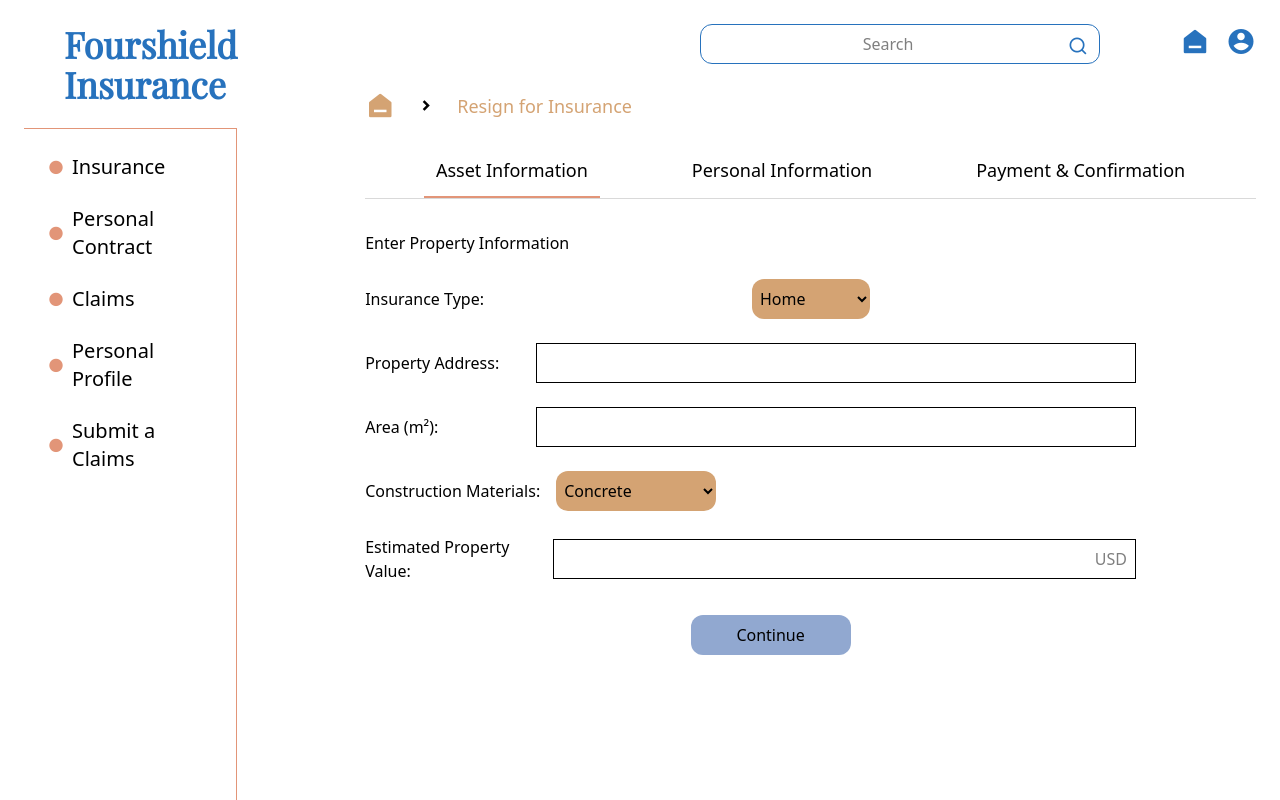
Repository: MockProject9920/MockProject_022025_Nhom4
Page: / (app in frontend/)
These files come from the project's save history. The page is drawn as it stood at one moment and after the next save; the edit follows.
The browser window is 1280 px wide. The pictures show the whole page.
The project was rebuilt for these pictures with package versions that can differ from the ones it lists, and the page was loaded fresh each time. Also part of the build but not shown: frontend/vite.config.js, frontend/src/pages/Login.jsx.

Above is the page before, as saved 2025-03-05 17:21:17.

### frontend/index.html
<!DOCTYPE html>

<html lang="en">
  <head>
    <meta charset="UTF-8" />
    <link rel="icon" type="image/svg+xml" href="/vite.svg" />
    <meta name="viewport" content="width=device-width, initial-scale=1.0" />
    <title>Vite + React</title>
  </head>
  <body>
    <div id="root"></div>
    <script type="module" src="/src/main.jsx"></script>
  </body>
</html>

### frontend/src/index.css
@import "tailwindcss";
@import "remixicon/fonts/remixicon.css";
/*  font-family: system-ui, Avenir, Helvetica, Arial, sans-serif;
  line-height: 1.5;
  font-weight: 400;

  color-scheme: light dark;
  color: rgba(255, 255, 255, 0.87);
  background-color: #242424;

  font-synthesis: none;
  text-rendering: optimizeLegibility;
  -webkit-font-smoothing: antialiased;
  -moz-osx-font-smoothing: grayscale;
}

a {
  font-weight: 500;
  color: #646cff;
  text-decoration: inherit;
}
a:hover {
  color: #535bf2;
}

body {
  margin: 0;
  display: flex;
  place-items: center;
  min-width: 320px;
  min-height: 100vh;
}

h1 {
  font-size: 3.2em;
  line-height: 1.1;
}

button {
  border-radius: 8px;
  border: 1px solid transparent;
  padding: 0.6em 1.2em;
  font-size: 1em;
  font-weight: 500;
  font-family: inherit;
  background-color: #1a1a1a;
  cursor: pointer;
  transition: border-color 0.25s;
}
button:hover {
  border-color: #646cff;
}
button:focus,
button:focus-visible {
  outline: 4px auto -webkit-focus-ring-color;
}

@media (prefers-color-scheme: light) {
  :root {
    color: #213547;
    background-color: #ffffff;
  }
  a:hover {
    color: #747bff;
  }
  button {
    background-color: #f9f9f9;
  }
} */

### frontend/src/App.jsx
import AssetInformation from "./pages/AssetInformation";
import Login from "./pages/Login";

function App() {
  return (
    <>
      <AssetInformation />
    </>
  );
}

export default App;

### frontend/src/pages/AssetInformation.jsx
import React, { useState } from "react";
import "@fontsource/playfair-display";

function AssetInformation() {
  const [isSidebarOpen, setIsSidebarOpen] = useState(false);

  return (
    <div className="flex flex-col md:flex-row h-screen w-screen">
      <button
        className="md:hidden p-4 text-2xl text-[#2772BD]"
        onClick={() => setIsSidebarOpen(!isSidebarOpen)}
      >
        <i className="ri-menu-line"></i>
      </button>

      <div
        className={`fixed md:static top-0 left-0 h-full w-[280px] bg-white  p-6 transition-transform duration-300
        ${
          isSidebarOpen ? "translate-x-0" : "-translate-x-full md:translate-x-0"
        }`}
      >
        <button
          className="md:hidden text-2xl text-[#E29578] mb-4"
          onClick={() => setIsSidebarOpen(false)}
        >
          <i className="ri-close-line"></i>
        </button>
        <p
          className="text-4xl text-[#2772BD] font-bold pl-10 mb-6"
          style={{ fontFamily: "Playfair Display" }}
        >
          Fourshield Insurance
        </p>
        <div className="space-y-6 h-full p-6 border-t border-r border-[#E29578]">
          {[
            "Insurance",
            "Personal Contract",
            "Claims",
            "Personal Profile",
            "Submit a Claims",
          ].map((item, index) => (
            <div key={index} className="flex space-x-2 items-center">
              <i className="ri-circle-fill text-[#E29578]"></i>
              <p className="text-xl">{item}</p>
            </div>
          ))}
        </div>
      </div>

      {/* Nội dung chính */}
      <div className="w-full p-6 ">
        <div className="flex justify-end space-x-20">
          <div className="relative ">
            <input
              placeholder="Search"
              className="w-40 md:w-100 h-10 border border-[#2772BD] text-center py-2 pr-10 pl-4 rounded-xl"
            />
            <i className="ri-search-line absolute right-3 top-[8px] text-[#2772BD] text-xl"></i>
          </div>
          <div className="flex space-x-4 text-[#2772BD] text-2xl">
            <i className="ri-home-6-fill text-3xl"></i>
            <i className="ri-account-circle-fill text-3xl"></i>
          </div>
        </div>

        <div className="flex space-x-4 items-center mt-6 ml-20">
          <i className="ri-home-6-fill text-3xl text-[#D4A373]"></i>
          <i className="ri-arrow-drop-right-line text-3xl"></i>
          <p className="text-lg text-[#D4A373]">Resign for Insurance</p>
        </div>

        <div className="flex space-x-20 ml-20 mt-5 justify-center border-b-1 border-b-[#D9D9D9]">
          <p className="text-lg p-3 border-b-2 border-b-[#E29578] z-10">
            Asset Information
          </p>
          <p className="text-lg p-3 ">Personal Information</p>
          <p className="text-lg p-3 ">Payment & Confirmation</p>
        </div>

        <div className="mt-8 space-y-6 ml-20">
          <p className="font-medium">Enter Property Information</p>
          <div className="flex flex-col md:flex-row md:items-center md:space-x-4">
            <p className="font-medium">Insurance Type:</p>
            <select className="h-10 p-1 ml-63 rounded-xl bg-[#D4A373] w-full md:w-auto">
              {["Home", "Apartment", "Commercial"].map((type) => (
                <option className="bg-white" key={type} value={type}>
                  {type}
                </option>
              ))}
            </select>
          </div>
          <div className="flex flex-col md:flex-row md:items-center md:justify-between ">
            <p className="font-medium">Property Address:</p>
            <input className="border p-2 w-full mr-30 md:w-150 h-10" />
          </div>
          <div className="flex flex-col md:flex-row md:items-center md:justify-between">
            <p className="font-medium">Area (m²):</p>
            <input className="border p-2 mr-30 w-full md:w-150 h-10" />
          </div>
          <div className="flex flex-col md:flex-row md:items-center md:space-x-4">
            <p className="font-medium">Construction Materials:</p>
            <select className="h-10 p-1 ml:50  md:ml-0 rounded-xl bg-[#D4A373] w-full md:w-40 ">
              {["Concrete", "Brick", "Wood", "Other"].map((material) => (
                <option className="bg-white" key={material} value={material}>
                  {material}
                </option>
              ))}
            </select>
          </div>
          <div className="flex flex-col md:flex-row md:items-center md:justify-between">
            <p className="font-medium">Estimated Property Value:</p>
            <input
              placeholder="USD"
              className="border p-2 mr-30 text-right w-full md:w-150 h-10"
            />
          </div>
        </div>

        <div className="text-center mt-8">
          <button className="bg-[#91A8D0] p-2 w-40 rounded-xl">Continue</button>
        </div>
      </div>
    </div>
  );
}

export default AssetInformation;

Loaded but not shown: frontend/src/main.jsx (common file)

After the next save:
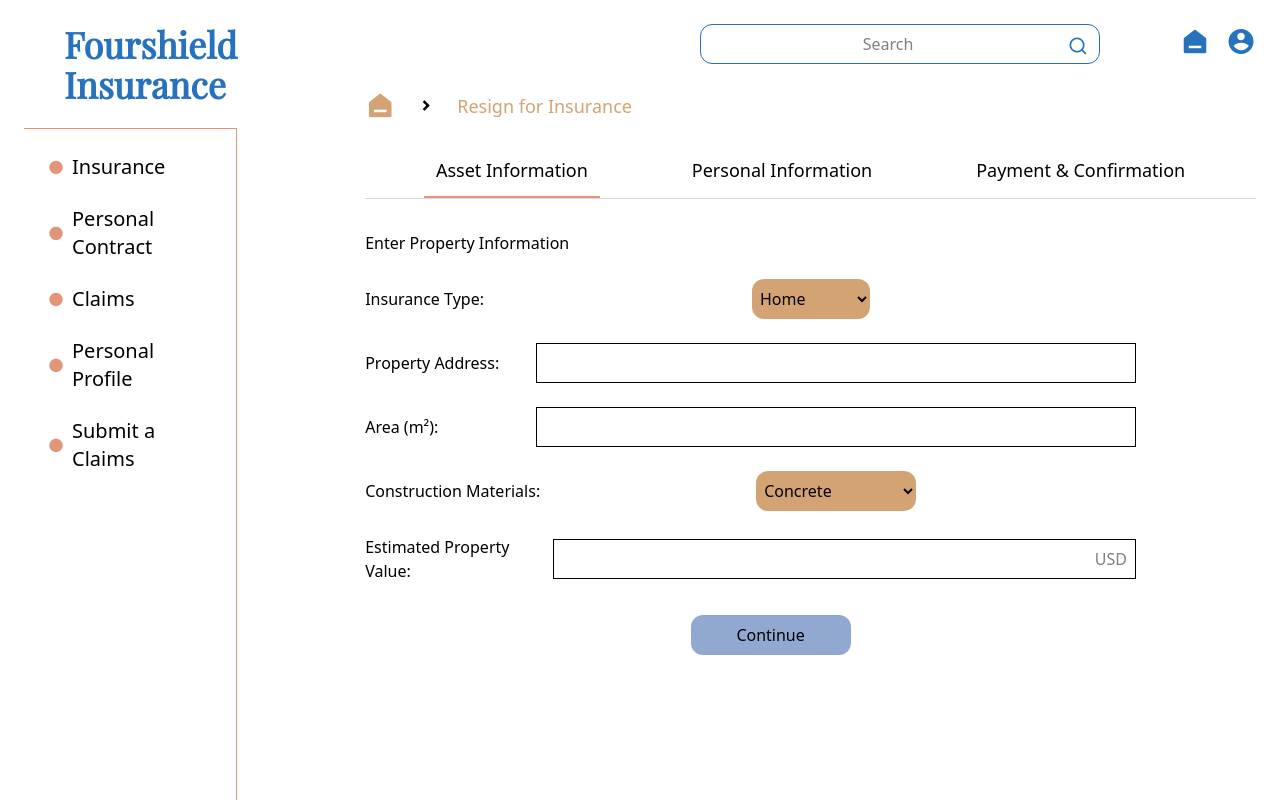
Saved 12 s later.
--- a/frontend/src/pages/AssetInformation.jsx
+++ b/frontend/src/pages/AssetInformation.jsx
@@ -99,7 +99,7 @@ function AssetInformation() {
           </div>
           <div className="flex flex-col md:flex-row md:items-center md:space-x-4">
             <p className="font-medium">Construction Materials:</p>
-            <select className="h-10 p-1 ml:50  md:ml-0 rounded-xl bg-[#D4A373] w-full md:w-40 ">
+            <select className="h-10 p-1 ml-50   rounded-xl bg-[#D4A373] w-full md:w-40 ">
               {["Concrete", "Brick", "Wood", "Other"].map((material) => (
                 <option className="bg-white" key={material} value={material}>
                   {material}
